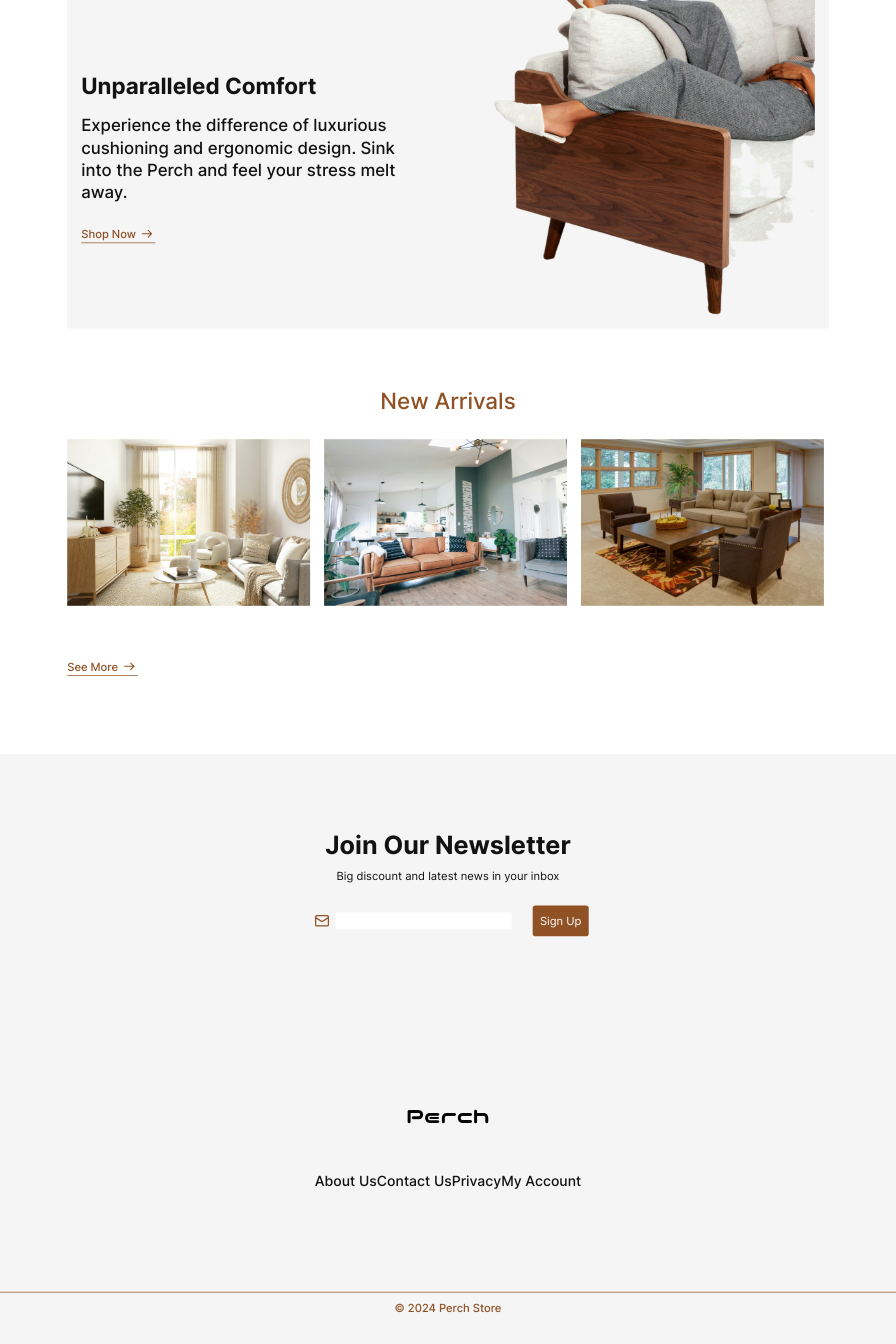
Repository: abdulmalikyusuf/HNG11-Stage02
Page: /
An editor plug-in stored every save of this project. The page is shown before and after the next save, followed by the edit.
The browser window is 1280 px wide. The pictures show the part of the page from y = 2089 to 4009 px (the page is 4009 px tall before and 3742 px after), at 70% of full size.
The project was rebuilt for these pictures with package versions that can differ from the ones it lists, and the page was loaded fresh each time. Also part of the build but not shown: vite.config.ts.

Above is the page before, as saved 2024-07-07 16:53:18.

### index.html
<!DOCTYPE html>
<html lang="en">
  <head>
    <meta charset="UTF-8" />
    <!-- <link rel="icon" type="image/svg+xml" href="/vite.svg" /> -->
    <meta name="viewport" content="width=device-width, initial-scale=1.0" />
    <title>Pearch E-Commerce App</title>
  </head>
  <body>
    <div id="root"></div>
    <script type="module" src="/src/main.tsx"></script>
  </body>
</html>

### src/App.tsx
import { createBrowserRouter, RouterProvider } from "react-router-dom";

import RootLayout from "@/routes/root";
import IndexPage from "@/routes";
import "./App.css";

const router = createBrowserRouter([
  {
    path: "/",
    element: <RootLayout />,
    // errorElement: <ErrorPage />,
    children: [
      {
        index: true,
        element: <IndexPage />,
      },
      {
        path: "cart",
        element: <p>Cart</p>,
      },
      {
        path: "checkout",
        element: <p>Checkout</p>,
      },
    ],
  },
]);

function App() {
  return <RouterProvider router={router} />;
}

export default App;

### src/index.css
:root {
  font-family: Inter, system-ui, Avenir, Helvetica, Arial, sans-serif;
  line-height: 1.5;
  font-weight: 400;

  color-scheme: light dark;
  /* color: rgba(255, 255, 255, 0.87);
  background-color: #242424; */

  font-synthesis: none;
  text-rendering: optimizeLegibility;
  -webkit-font-smoothing: antialiased;
  -moz-osx-font-smoothing: grayscale;
}
@font-face {
  font-family: Inter;
  src: url(fonts/Inter.ttf) format("truetype");
}
@font-face {
  font-family: SpaceGrotesk;
  src: url(fonts/SpaceGrotesk.ttf) format("truetype");
}
@font-face {
  font-family: NicoMoji;
  src: url(fonts/NicoMoji-Regular.ttf) format("truetype");
}

### src/routes/root.tsx
import { Outlet } from "react-router-dom";

import Footer from "@/components/footer";
import Header from "@/components/header";

function RootLayout() {
  return (
    <>
      <Header />
      <Outlet />
      <div className="flow-root">
        <Footer />
      </div>
    </>
  );
}

export default RootLayout;

### src/routes/index.tsx
import { Link } from "react-router-dom";

import ChairHero from "@/assets/img/83417461_Slipper -2 1.png";
import Chair1 from "@/assets/img/vertical-shot-wooden-chair-white 1.png";
import Chair2 from "@/assets/img/83419490_Wingback Chair -4.png";
import Chair3 from "@/assets/img/7043761_861.png";
import BannerImage from "@/assets/img/unsplash_348dJPXEFHk.png";
import MoreChairImage1 from "@/assets/img/unsplash_Kh4tedFdHz4.png";
import MoreChairImage2 from "@/assets/img/unsplash_L7EwHkq1B2s.png";
import MoreChairImage3 from "@/assets/img/unsplash_Gh_UjjYoVwk.png";

function IndexPage() {
  return (
    <>
      <div className="flex items-center gap-24 bg-[#F5F5F5] px-[100px] py-13">
        <div className="flex flex-col gap-24">
          <div className="text-6xl font-bold">
            <h2 className="text-black">Elevate Your</h2>
            <h2 className="uppercase text-primary">comfort</h2>
          </div>
          <div className="font-semibold text-xl leading-6 flex flex-col gap-6">
            <p className="">Want comfort and style? Perch is for you.</p>
            <p className="text-primary">See collection</p>
          </div>
        </div>
        <div className="flex-1">
          <img src={ChairHero} alt="A chair from pearch website" className="" />
        </div>
      </div>
      <div className="px-24 flex flex-col gap-20 mb-28">
        <div className="py-[88px]">
          <div className="grid grid-cols-2 grid-rows-2 items-stretch gap-x-5 gap-y-6">
            <div className="row-span-2">
              <div className="p-[30px] bg-miscellaneous flex flex-col">
                <div className="flex-1 flex flex-col gap-3">
                  <h5 className="text-[28px] font-semibold">Scandinavian</h5>
                  <Link
                    to=""
                    className="w-fit font-medium text-primary border-b border-primary inline-flex items-center gap-1"
                  >
                    Shop Now{" "}
                    <span className="">
                      <svg
                        xmlns="http://www.w3.org/2000/svg"
                        width="24"
                        height="25"
                        viewBox="0 0 24 25"
                        fill="none"
                      >
                        <mask
                          id="mask0_18_143"
                          style={{ maskType: "alpha" }}
                          maskUnits="userSpaceOnUse"
                          x="0"
                          y="0"
                          width="24"
                          height="25"
                        >
                          <rect y="0.5" width="24" height="24" fill="#D9D9D9" />
                        </mask>
                        <g mask="url(#mask0_18_143)">
                          <path
                            d="M13.8462 18.1538L12.7923 17.0693L16.6115 13.25H4.5V11.75H16.6115L12.7923 7.93075L13.8462 6.84625L19.5 12.5L13.8462 18.1538Z"
                            fill="#905125"
                          />
                        </g>
                      </svg>
                    </span>
                  </Link>
                </div>
                <div className="self-end -mt-20">
                  <img src={Chair1} alt="" className="" />
                </div>
              </div>
            </div>
            <div className="p-[30px] bg-miscellaneous flex items-end justify-between">
              <div className="flex-1 flex flex-col gap-3">
                <h5 className="text-[28px] font-semibold">Chesterfield</h5>
                <Link
                  to=""
                  className="w-fit font-medium text-primary border-b border-primary inline-flex items-center gap-1"
                >
                  Shop Now{" "}
                  <span className="">
                    <svg
                      xmlns="http://www.w3.org/2000/svg"
                      width="24"
                      height="25"
                      viewBox="0 0 24 25"
                      fill="none"
                    >
                      <mask
                        id="mask0_18_143"
                        style={{ maskType: "alpha" }}
                        maskUnits="userSpaceOnUse"
                        x="0"
                        y="0"
                        width="24"
                        height="25"
                      >
                        <rect y="0.5" width="24" height="24" fill="#D9D9D9" />
                      </mask>
                      <g mask="url(#mask0_18_143)">
                        <path
                          d="M13.8462 18.1538L12.7923 17.0693L16.6115 13.25H4.5V11.75H16.6115L12.7923 7.93075L13.8462 6.84625L19.5 12.5L13.8462 18.1538Z"
                          fill="#905125"
                        />
                      </g>
                    </svg>
                  </span>
                </Link>
              </div>
              <img src={Chair2} alt="" className="" />
            </div>
            <div className="p-[30px] bg-miscellaneous flex items-end justify-between">
              <div className="flex-1 flex flex-col gap-3">
                <h5 className="text-[28px] font-semibold">Denatti</h5>
                <Link
                  to=""
                  className="w-fit font-medium text-primary border-b border-primary inline-flex items-center gap-1"
                >
                  Shop Now{" "}
                  <span className="">
                    <svg
                      xmlns="http://www.w3.org/2000/svg"
                      width="24"
                      height="25"
                      viewBox="0 0 24 25"
                      fill="none"
                    >
                      <mask
                        id="mask0_18_143"
                        style={{ maskType: "alpha" }}
                        maskUnits="userSpaceOnUse"
                        x="0"
                        y="0"
                        width="24"
                        height="25"
                      >
                        <rect y="0.5" width="24" height="24" fill="#D9D9D9" />
                      </mask>
                      <g mask="url(#mask0_18_143)">
                        <path
                          d="M13.8462 18.1538L12.7923 17.0693L16.6115 13.25H4.5V11.75H16.6115L12.7923 7.93075L13.8462 6.84625L19.5 12.5L13.8462 18.1538Z"
                          fill="#905125"
                        />
                      </g>
                    </svg>
                  </span>
                </Link>
              </div>
              <img src={Chair3} alt="" className="" />
            </div>
          </div>
        </div>
        <div className="">
          <h4 className="capitalize text-32 text-center text-primary font-medium">
            new arrivals
          </h4>
          <div className="mt-[30px]">
            <div className="flex gap-5">
              <div className="py-10 px-2.5 flex flex-col gap-[30px]">
                <div className="">
                  <img src="" alt="" className="" />
                </div>
                <div className="flex flex-col gap-1.5 text-primary-label font-medium">
                  <p className="">Tyley Chair</p>
                  <small className="text-xs">$200</small>
                </div>
              </div>
            </div>
          </div>
        </div>
        <div className="px-5 bg-miscellaneous">
          <div className="flex items-center gap-16">
            <div className="flex-1 text-primary-label">
              <h4 className="text-32 font-bold">Unparalleled Comfort</h4>
              <p className="mt-4 text-2xl font-medium">
                Experience the difference of luxurious cushioning and ergonomic
                design. Sink into the Perch and feel your stress melt away.
              </p>
              <Link
                to=""
                className="mt-[30px] w-fit font-medium text-primary border-b border-primary inline-flex items-center gap-1"
              >
                Shop Now{" "}
                <span className="">
                  <svg
                    xmlns="http://www.w3.org/2000/svg"
                    width="24"
                    height="25"
                    viewBox="0 0 24 25"
                    fill="none"
                  >
                    <mask
                      id="mask0_18_143"
                      style={{ maskType: "alpha" }}
                      maskUnits="userSpaceOnUse"
                      x="0"
                      y="0"
                      width="24"
                      height="25"
                    >
                      <rect y="0.5" width="24" height="24" fill="#D9D9D9" />
                    </mask>
                    <g mask="url(#mask0_18_143)">
                      <path
                        d="M13.8462 18.1538L12.7923 17.0693L16.6115 13.25H4.5V11.75H16.6115L12.7923 7.93075L13.8462 6.84625L19.5 12.5L13.8462 18.1538Z"
                        fill="#905125"
                      />
                    </g>
                  </svg>
                </span>
              </Link>
            </div>
            <div className="flex-1">
              <img src={BannerImage} alt="" className="" />
            </div>
          </div>
        </div>

        <div className="">
          <h4 className="capitalize text-32 text-center text-primary font-medium">
            new arrivals
          </h4>
          <div className="mt-[30px] flex gap-5">
            {[MoreChairImage1, MoreChairImage2, MoreChairImage3].map(
              (img, i) => (
                <div key={`product-image-${i}`} className="">
                  <img src={img} alt="" className="" />
                </div>
              )
            )}
          </div>
          <div className="mt-11">
            <Link
              to=""
              className="mt-[30px] w-fit font-medium text-primary border-b border-primary inline-flex items-center gap-1"
            >
              See More{" "}
              <span className="">
                <svg
                  xmlns="http://www.w3.org/2000/svg"
                  width="24"
                  height="25"
                  viewBox="0 0 24 25"
                  fill="none"
                >
                  <mask
                    id="mask0_18_143"
                    style={{ maskType: "alpha" }}
                    maskUnits="userSpaceOnUse"
                    x="0"
                    y="0"
                    width="24"
                    height="25"
                  >
                    <rect y="0.5" width="24" height="24" fill="#D9D9D9" />
                  </mask>
                  <g mask="url(#mask0_18_143)">
                    <path
                      d="M13.8462 18.1538L12.7923 17.0693L16.6115 13.25H4.5V11.75H16.6115L12.7923 7.93075L13.8462 6.84625L19.5 12.5L13.8462 18.1538Z"
                      fill="#905125"
                    />
                  </g>
                </svg>
              </span>
            </Link>
          </div>
        </div>
      </div>
    </>
  );
}

export default IndexPage;

### src/components/footer.tsx
import React from "react";
import { Icons } from "./icons";

function Footer() {
  return (
    <footer className="py-[30px] bg-miscellaneous px-24 flex flex-col gap-36">
      <div className="flex flex-col items-center gap-[30px] py-20 border-primary border-dashed">
        <div className="text-center text-primary-label">
          <h3 className="text-4xl font-bold">Join Our Newsletter</h3>
          <p className="mt-3">Big discount and latest news in your inbox</p>
        </div>
        <div className="flex gap-5">
          <div className="flex items-center gap-2 p-2.5">
            <Icons.mail className="size-[22px] stroke-primary" />
            <input
              type="email"
              name=""
              id=""
              className="text-[rgba(18,_18,_18,_0.50)] font-medium"
            />
          </div>
          <button
            type="submit"
            className="bg-primary rounded p-2.5 capitalize text-white"
          >
            sign up
          </button>
        </div>
      </div>
      <div className="flex flex-col gap-12 items-center">
        <h4 className="py-2 text-32 text-label-primary font-nico-moji">
          Perch
        </h4>
        <ul className="flex text-xl font-medium text-primary-label">
          <li className="">About Us</li>
          <li className="">Contact Us</li>
          <li className="">Privacy</li>
          <li className="">My Account</li>
        </ul>
      </div>
      <div className="py-2.5 -mx-24 border-t border-primary text-center">
        <p className="font-medium text-primary">© 2024 Perch Store</p>
      </div>
    </footer>
  );
}

export default Footer;

### src/components/header.tsx
import { cn } from "@/lib/utils";
import { Icons } from "@/components/icons";
import { Link } from "react-router-dom";
import { CartButton } from "./cart-button";

function Header() {
  return (
    <header
      className={cn(
        "h-[46px] md:h-[68px] relative flex items-center justify-between px-4 md:px-[52px]",
        "bg-[#F5F5F5] border-transparent text-black-900 [--logo-fill:#121212]"
      )}
    >
      <div className="flex items-center justify-center gap-3 md:gap-6">
        <button type="button" className="md:hidden">
          <Icons.hamburgerMenu className="size-[26px] md:size-7" />
        </button>
        <Link to="/" className="py-2">
          <span className="text-[32px] leading-normal text-primary-label font-nico-moji capitalize">
            pearch
          </span>
        </Link>
      </div>
      <div className="hidden md:flex justify-center">
        <ul className="flex gap-10">
          {["Home", "Shop", "Products", "Pages"].map((menu) => (
            <li key={menu}>
              <span
                className={cn(
                  "flex items-center justify-center w-fit hover:border-b font-space-grotesk transition-colors focus-visible:outline-none focus-visible:ring-1 focus-visible:ring-ring disabled:pointer-events-none",
                  "gap-0.5 button-xs",
                  "text-black-900 hover:text-black-400 disabled:text-black-700"
                )}
              >
                {menu}{" "}
                <Icons.chevronDown
                  className="size-[18px] relative top-[1px] transition-transform duration-200 ease-in group-data-[state=open]:-rotate-180"
                  aria-hidden
                />
              </span>
            </li>
          ))}

          {/* <NavigationMenu.Link
                  className={cn(
                    "hover:border-b font-space-grotesk transition-colors focus-visible:outline-none focus-visible:ring-1 focus-visible:ring-ring disabled:pointer-events-none",
                    "gap-0.5 button-xs",
                    "text-black-900 hover:text-black-400 disabled:text-black-700"
                  )}
                  href="https://github.com/radix-ui"
                >
                  {menu.title}{" "}
                </NavigationMenu.Link> */}
        </ul>
      </div>
      <div className="flex gap-5 items-center">
        <button type="button" className="hidden md:inline-flex size-7">
          <Icons.search className="" />
        </button>
        <button className="hidden md:inline-flex size-7">
          <Icons.user className="" />
        </button>
        <CartButton numOfItems={2} />
      </div>
    </header>
  );
}

export default Header;

### src/lib/utils.ts
import { type ClassValue, clsx } from "clsx";
import { twMerge } from "tailwind-merge";

export function cn(...inputs: ClassValue[]) {
	return twMerge(clsx(inputs));
}
export function formatPrice(
	price: number | string,
	currency: "USD" | "EUR" | "GBP" | "BDT" = "USD",
	notation: "compact" | "engineering" | "scientific" | "standard" = "standard",
) {
	return new Intl.NumberFormat("en-US", {
		style: "currency",
		currency,
		notation,
	}).format(Number(price));
}

export function arrayRange(start: number, stop: number, step: number) {
	return Array.from(
		{ length: (stop - start) / step + 1 },
		(value, index) => start + index * step,
	);
}

### src/components/cart-button.tsx
import { forwardRef, type ButtonHTMLAttributes } from "react";
import { Slot } from "@radix-ui/react-slot";

import { cn } from "@/lib/utils";
import { Icons } from "@/components/icons";

export interface CartButtonProps
  extends ButtonHTMLAttributes<HTMLButtonElement> {
  numOfItems: number;
  asChild?: boolean;
}

const CartButton = forwardRef<HTMLButtonElement, CartButtonProps>(
  ({ numOfItems, asChild, ...props }, ref) => {
    const Comp = asChild ? Slot : "button";
    return (
      <Comp
        ref={ref}
        {...props}
        type="button"
        className="inline-flex items-center gap-0.5 w-[50px] h-[26px] sm:h-7"
      >
        <Icons.cart className="size-[26px] sm:size-7 text-[var(--icon-colour)]" />
        <span
          className={cn(
            "inline-flex items-center justify-center size-5 rounded-full text-xs leading-[10px] font-inter font-bold",
            "bg-primary text-white [--icon-colour:var(--black-900)]"
          )}
        >
          {numOfItems}
        </span>
      </Comp>
    );
  }
);

CartButton.displayName = "CartButton";

export { CartButton };

### tailwind.config.ts
import { Config } from "tailwindcss";

export default {
  content: ["./index.html", "./src/**/*.{js,ts,jsx,tsx}"],
  theme: {
    fontFamily: {
      "space-grotesk": ["SpaceGrotesk"],
      inter: ["Inter"],
      "nico-moji": ["NicoMoji"],
    },
    extend: {
      padding: {
        13: "52px",
      },
      fontSize: {
        32: "32px",
      },
      colors: {
        primary: {
          DEFAULT: "#905125",
          label: "#121212",
        },
        miscellaneous: "#F5F5F5",
      },
    },
  },
  plugins: [],
} satisfies Config;

Loaded but not shown: src/main.tsx (common file); src/App.css (common file); src/components/icons.tsx (297 lines, source omitted)

After the next save:
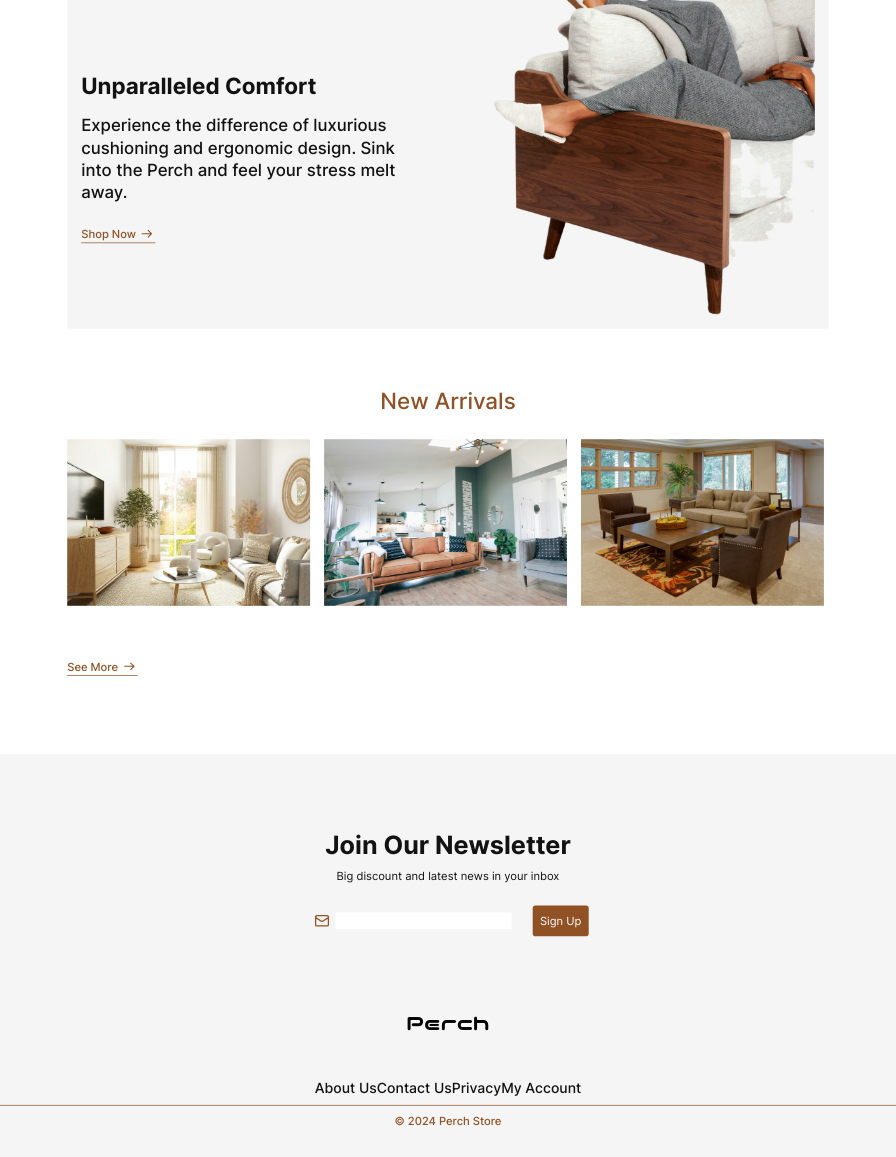
Saved 40 s later.
--- a/src/components/footer.tsx
+++ b/src/components/footer.tsx
@@ -3,7 +3,7 @@
 
 function Footer() {
   return (
-    <footer className="py-[30px] bg-miscellaneous px-24 flex flex-col gap-36">
+    <footer className="py-[30px] bg-miscellaneous px-24 h-[80vh] flex flex-col justify-between gap36">
       <div className="flex flex-col items-center gap-[30px] py-20 border-primary border-dashed">
         <div className="text-center text-primary-label">
           <h3 className="text-4xl font-bold">Join Our Newsletter</h3>
